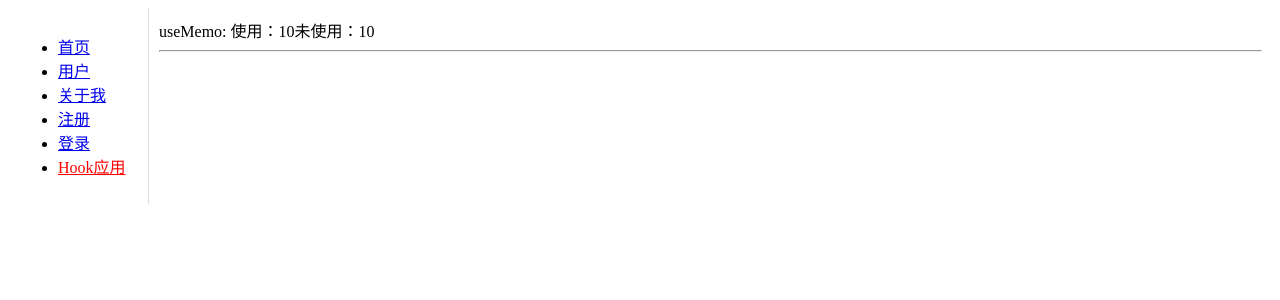
Repository: shellingfordly/js-library-Demo
Page: /hook (app in demo/react/demo/)
These files come from the project's save history. The page is drawn as it stood at one moment and after the next save; the edit follows.
The browser window is 1280 px wide. The pictures show the whole page.
The project was rebuilt for these pictures with package versions that can differ from the ones it lists, and the page was loaded fresh each time. Also part of the build but not shown: demo/react/demo/src/views/home/components/UseReducer.js, demo/react/demo/src/views/home/components/SetTimeout.js, demo/react/demo/src/views/home/hook/context.js, demo/react/demo/src/views/home/components/context/useContext.js, demo/react/demo/src/views/home/components/context/contextType.js, demo/react/demo/src/views/home/components/context/consumer.js, demo/react/demo/src/views/home/utils/highComponent.js, demo/react/demo/src/views/home/Home.js and 12 more.

Above is the page before, as saved 2021-01-17 22:56:57.

### demo/react/demo/src/index.js
import React from 'react';
import ReactDOM from 'react-dom';
import './index.css';
import App from './App';
import reportWebVitals from './reportWebVitals';
import {BrowserRouter as Route} from 'react-router-dom'

ReactDOM.render(
  <React.StrictMode>
    <Route>
      <App />
    </Route>
  </React.StrictMode>,
  document.getElementById('root')
);

// If you want to start measuring performance in your app, pass a function
// to log results (for example: reportWebVitals(console.log))
// or send to an analytics endpoint. Learn more: https://bit.ly/CRA-vitals
reportWebVitals();

### demo/react/demo/src/App.js

import './App.scss'
import { Component } from 'react'
import { NavLink, Route, Switch, Redirect } from 'react-router-dom'
import Home from './views/home/Home'
import About from './views/about/About'
import Register from './views/Register'
import User from './views/User'
import Login from './views/Login'
import store from './store'
import { userLogout } from './store/actions'
import Hook from './views/HookComponent'

export default class App extends Component {

  state = {
    isShow: false
  }

  componentDidMount() {
    store.subscribe(() => {
      const data = store.getState()
      this.setState({ isShow: data.isLogin })
    })
  }

  logout = () => {
    store.dispatch(userLogout())
  }


  render() {

    return (
      <div className="app">
        <div className="nav">
          <ul>
            <li>
              <NavLink to='/home'>首页</NavLink>
            </li>
            <li>
          <NavLink to='/user'>用户</NavLink>
            </li>
            <li>
          <NavLink to='/about'>关于我</NavLink>
            </li>
            <li>
          <NavLink to='/register'>注册</NavLink>
            </li>
            <li>
          <NavLink to='/login'>登录</NavLink>
            </li>
            <li>
          <NavLink to='/hook'>Hook应用</NavLink>
            </li>
          </ul>

        </div>
        <div className="content">
          <Switch>
            <Route path="/home" component={Home}></Route>
            <Route path="/user" component={User}></Route>
            <Route path="/about" component={About}></Route>
            <Route path="/register" component={Register}></Route>
            <Route path="/login" component={Login}></Route>
            <Route path="/hook" component={Hook}></Route>
            <Redirect to="/login"></Redirect>
          </Switch>
        </div>
      </div>


    )
  }
};

### demo/react/demo/src/App.scss
.app {
  // width: 80%;
  margin: auto;
  display: flex;

  .nav {
    width: 120px;
    padding: 10px;
    border-right: 1px solid #ddd;

    a {
      display: inline;
      width: 100%;
    }

    .active {
      color: red;
    }
  }

  .content {
    flex:1;
    padding: 10px;
    // display: flex;
    // justify-content: space-around;

    .login {
      .label {
        display: inline-block;
        width: 70px;
      }
      .btn {
        padding-top: 10px;
        text-align: center;

        button:first-child {
          margin-right: 10px;
        }
      }
    }
  }
}

.show {
  display: block;
}
.hide {
  display: none;
}

### demo/react/demo/src/store/index.js
import {createStore, applyMiddleware}  from 'redux'
import thunk from 'redux-thunk'
import  rootReducer from './combineReducer'

export default createStore(rootReducer, applyMiddleware(thunk))

### demo/react/demo/src/store/actions.js
export function saveUser(data){
  return {
    type: 'SAVE',
    data
  }
}

export function getUser(data){
  return {
    type: 'GET',
    data
  }
}

export function userLogin(){
  return {
    type: 'LOGIN',
  }
}

export function userLogout(){
  return {
    type: 'LOGOUT',
  }
}

### demo/react/demo/src/views/HookComponent/index.js

import { UseMemoComponent,UseFunComponent} from './components/useMemo'

export default function HookComponent(){
  return (
    <div>
      useMemo:
      使用：<UseMemoComponent />
      未使用：<UseFunComponent/>
      <hr/>
    </div>
  )
}

### demo/react/demo/src/store/combineReducer.js
import { combineReducers } from 'redux';

import * as reducer from './reducer';


const rootReducer = combineReducers({
  ...reducer
})

export default rootReducer;

### demo/react/demo/src/views/HookComponent/components/useMemo.js
import {useMemo, useState} from 'react'

export function  UseFunComponent (){
  const [len] = useState(5)

  function sum(){
    console.log("computed");
    let count = 0
    for (let i = 0; i < len; i++) {
      count+=i
    }
    return count
  }

  return (
    <span>
      {sum()}
    </span>
  )
}

export function  UseMemoComponent (){

  const [len] = useState(5)

  const sum =  useMemo(()=>{
    console.log("computed");
    let count = 0
    for (let i = 0; i < len; i++) {
      count+=i
    }
    return count
  }, [len])

  return (
    <span>
      {sum}
    </span>
  )
}

### demo/react/demo/src/store/reducer.js
const user_info = {
  username: '',
  password: '',
}

export function user(state = user_info, actions) {
  switch (actions.type) {
    case "SAVE":
      localStorage.setItem('user_info', JSON.stringify(actions.data))
      return { status: true, msg: '登录成功！' }
    case "GET":
      const hasUser = localStorage.getItem('user_info')
      if (hasUser) return { status: true, data: user, msg: '已登录！' }
      else return { status: false, msg: '未登录！' }
    default: return state
  }
}


export function isLogin(state = false, actions) {
  const hasUser = localStorage.getItem('user_info')
  switch (actions.type) {
    case "LOGIN":
      if (hasUser) return true
      else return false
    case "LOGOUT":
      if (hasUser) localStorage.removeItem('user_info')
      return false
    default: return state
  }
}

Loaded but not shown: demo/react/demo/public/index.html (common file); demo/react/demo/src/reportWebVitals.js (common file); demo/react/demo/src/index.css (no stored copy; drawn as an empty file)

After the next save:
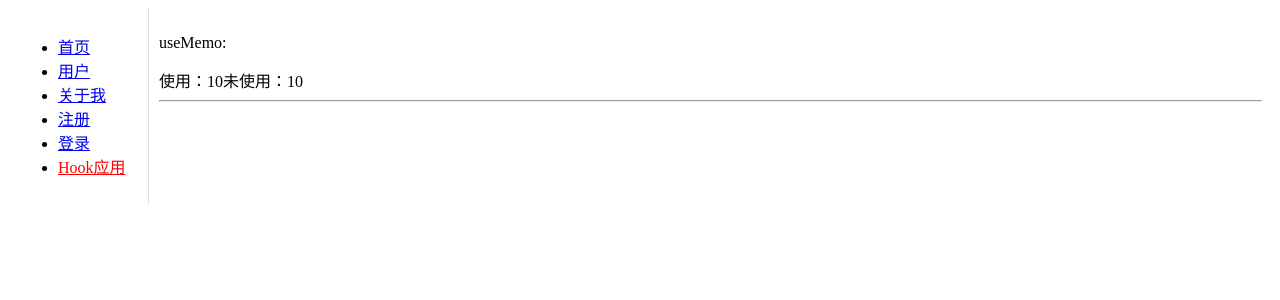
Saved 9 s later.
--- a/demo/react/demo/src/views/HookComponent/index.js
+++ b/demo/react/demo/src/views/HookComponent/index.js
@@ -4,7 +4,7 @@ import { UseMemoComponent,UseFunComponent} from './components/useMemo'
 export default function HookComponent(){
   return (
     <div>
-      useMemo:
+      <p>useMemo: </p>
       使用：<UseMemoComponent />
       未使用：<UseFunComponent/>
       <hr/>
